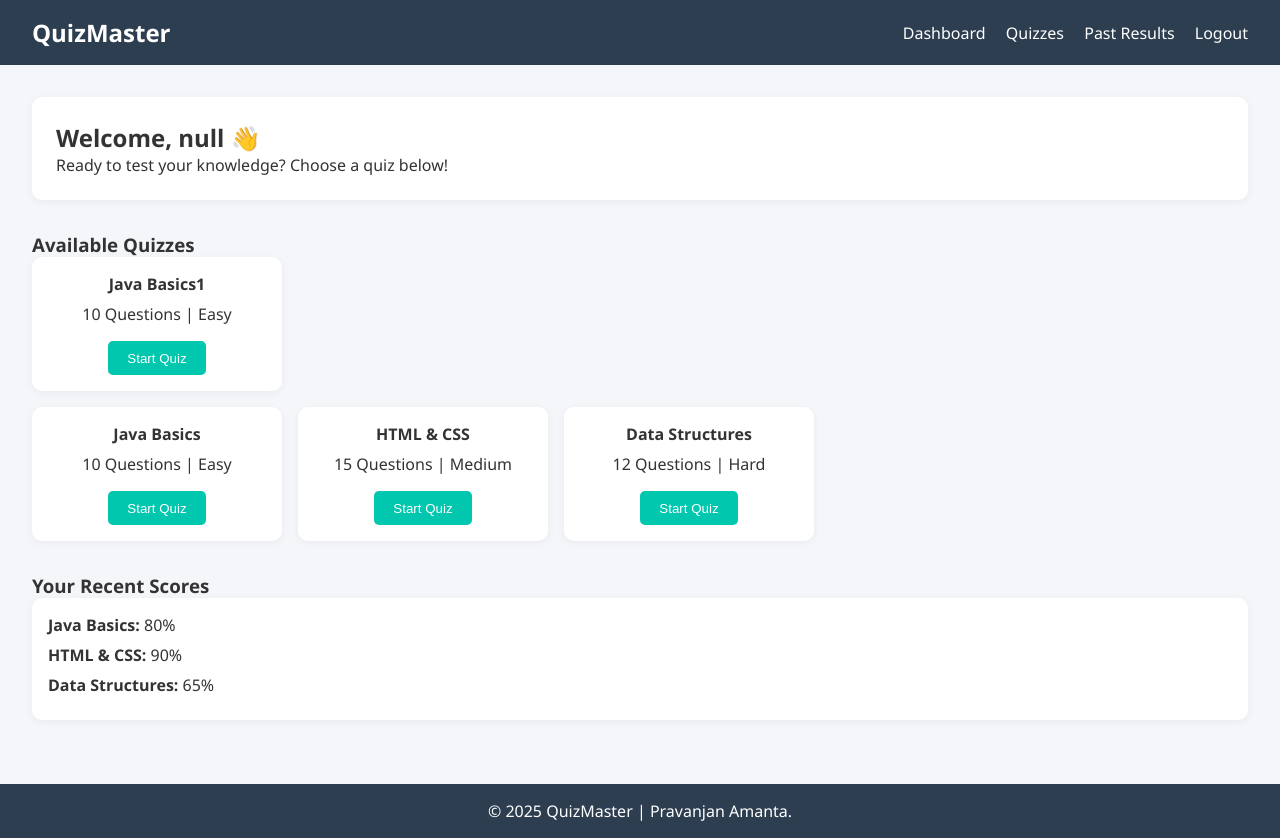
Repository: Prabhanjan-17p/Quizmaster_a_Java_Game
Page: http://localhost/Online_Quiz_Application/welcome.jsp
An editor plug-in stored every save of this project. The page is shown before and after the next save, followed by the edit.
The browser window is 1280 px wide. The pictures show the whole page.
The page is served by Tomcat 9. Other server files are loaded and not shown. The template is opened directly, without the code that normally fills it, so the values that code supplies are empty.

Above is the page before, as saved 2025-05-17 05:31:16.

### Online Quiz Application/src/main/webapp/welcome.jsp

<%@ page language="java" contentType="text/html; charset=UTF-8"
    pageEncoding="UTF-8"%>
<!DOCTYPE html>
<html>
<head>
<meta charset="UTF-8">
<title>Insert title here</title>
<style>
    /* Reset */
    * {
      margin: 0;
      padding: 0;
      box-sizing: border-box;
    }

    /* Body and Layout */
    body {
      font-family: 'Segoe UI', Tahoma, Geneva, Verdana, sans-serif;
      background-color: #f4f6f9;
      color: #333;
    }

    /* Navbar */
    .navbar {
      background-color: #2d3e50;
      color: white;
      padding: 1rem 2rem;
      display: flex;
      justify-content: space-between;
      align-items: center;
    }

    .logo {
      font-size: 1.5rem;
    }

    .nav-links a {
      color: white;
      margin-left: 1rem;
      text-decoration: none;
      transition: color 0.3s;
    }

    .nav-links a:hover {
      color: #00c7ae;
    }

    /* Main Dashboard */
    .dashboard {
      padding: 2rem;
    }

    .welcome-box {
      background-color: white;
      padding: 1.5rem;
      border-radius: 10px;
      margin-bottom: 2rem;
      box-shadow: 0 2px 8px rgba(0, 0, 0, 0.05);
    }

    .quiz-section,
    .progress-section {
      margin-bottom: 2rem;
    }

    .quiz-cards {
      display: flex;
      gap: 1rem;
      margin-top: 1rem;
      flex-wrap: wrap;
    }

    .quiz-card {
      background-color: white;
      padding: 1rem;
      border-radius: 10px;
      width: 250px;
      box-shadow: 0 2px 8px rgba(0, 0, 0, 0.05);
      text-align: center;
    }

    .quiz-card h4 {
      margin-bottom: 0.5rem;
    }

    .quiz-card button {
      margin-top: 1rem;
      background-color: #00c7ae;
      color: white;
      border: none;
      padding: 0.6rem 1.2rem;
      border-radius: 5px;
      cursor: pointer;
      transition: background-color 0.3s;
    }

    .quiz-card button:hover {
      background-color: #019e8e;
    }

    .score-list {
      background-color: white;
      padding: 1rem;
      border-radius: 10px;
      list-style: none;
      box-shadow: 0 2px 8px rgba(0, 0, 0, 0.05);
    }

    .score-list li {
      margin-bottom: 0.5rem;
    }

    /* Footer */
    .footer {
      text-align: center;
      padding: 1rem;
      background-color: #2d3e50;
      color: white;
      position: relative;
      bottom: 0;
      width: 100%;
    }
    .quiz-card input{
    	display: none;
    }

  </style>
</head>
<body>


 <header class="navbar">
    <h1 class="logo">QuizMaster</h1>
    <nav class="nav-links">
      <a href="#">Dashboard</a>
      <a href="#">Quizzes</a>
      <a href="#">Past Results</a>
      <a href="quizmaster.html">Logout</a>
    </nav>
  </header>

  <main class="dashboard">
    <section class="welcome-box">
      <h2>Welcome, <%= (String)request.getAttribute("fName") %> 👋</h2>
      <p>Ready to test your knowledge? Choose a quiz below!</p>
    </section>

    <section class="quiz-section">
      <h3>Available Quizzes</h3>
      <form action="startQuiz" method="GET">
  <div class="quiz-card">
    <h4>Java Basics1</h4>
    <p>10 Questions | Easy</p>
    <input value="java1111" name="examType"/>

    <button type="submit">Start Quiz</button>
  </div>
</form>

      <div class="quiz-cards">
        <div class="quiz-card">
          <h4>Java Basics</h4>
          <p>10 Questions | Easy</p>
          <button>Start Quiz</button>
        </div>
        <div class="quiz-card">
          <h4>HTML & CSS</h4>
          <p>15 Questions | Medium</p>
          <button>Start Quiz</button>
        </div>
        <div class="quiz-card">
          <h4>Data Structures</h4>
          <p>12 Questions | Hard</p>
          <button>Start Quiz</button>
        </div>
      </div>
    </section>

    <section class="progress-section">
      <h3>Your Recent Scores</h3>
      <ul class="score-list">
        <li><strong>Java Basics:</strong> 80%</li>
        <li><strong>HTML & CSS:</strong> 90%</li>
        <li><strong>Data Structures:</strong> 65%</li>
      </ul>
    </section>
  </main>

  <footer class="footer">
    <p>&copy; 2025 QuizMaster | Pravanjan Amanta.</p>
  </footer>

</body>
</html>

After the next save:
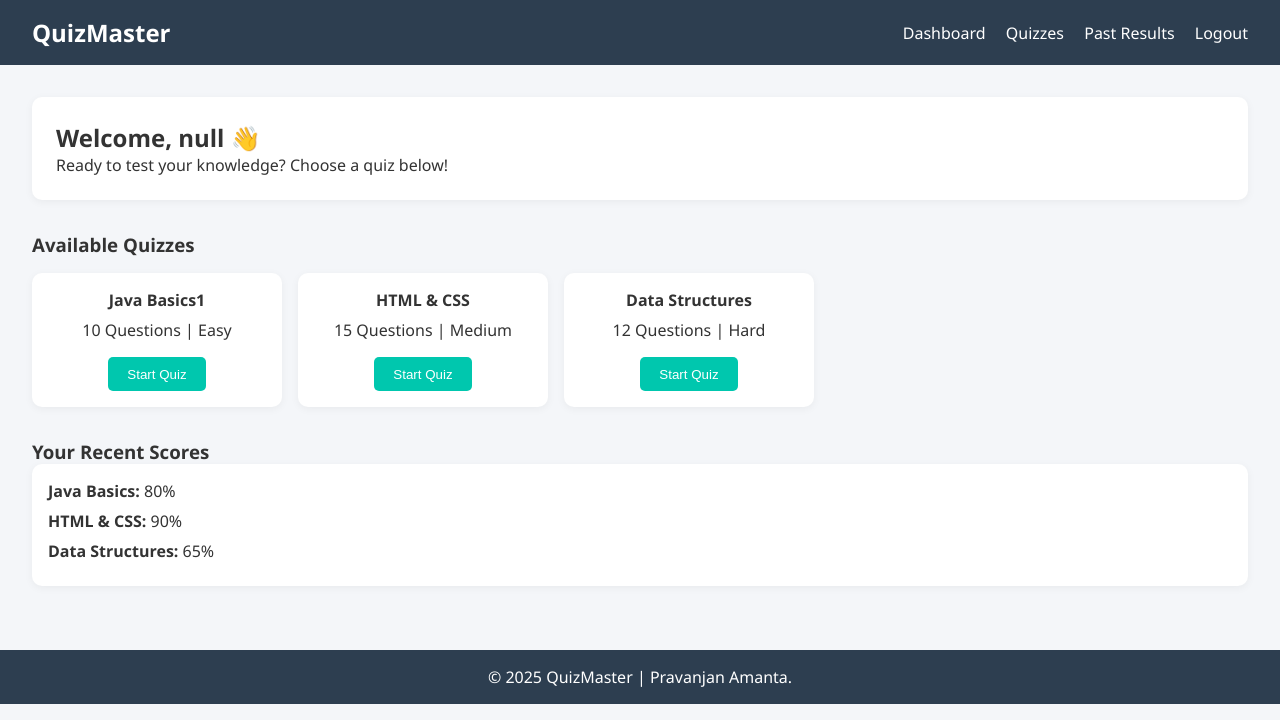
Saved 4 min 28 s later.
--- a/Online Quiz Application/src/main/webapp/welcome.jsp
+++ b/Online Quiz Application/src/main/webapp/welcome.jsp
@@ -148,32 +148,33 @@
 
     <section class="quiz-section">
       <h3>Available Quizzes</h3>
-      <form action="startQuiz" method="GET">
-  <div class="quiz-card">
-    <h4>Java Basics1</h4>
-    <p>10 Questions | Easy</p>
-    <input value="java1111" name="examType"/>
-
-    <button type="submit">Start Quiz</button>
-  </div>
-</form>
-
       <div class="quiz-cards">
-        <div class="quiz-card">
-          <h4>Java Basics</h4>
-          <p>10 Questions | Easy</p>
+        <form action="startQuiz" method="GET">
+          <div class="quiz-card">
+            <h4>Java Basics1</h4>
+            <p>10 Questions | Easy</p>
+            <input value="java" name="examType" />
+            <button type="submit">Start Quiz</button>
+          </div>
+        </form>
+        <form action="startQuiz" method="GET">
+          <div class="quiz-card">
+          <h4>HTML & CSS</h4>
+          <p>15 Questions | Medium</p>
+          <input value="HTML" name="examType" />
           <button>Start Quiz</button>
         </div>
-        <div class="quiz-card">
-          <h4>HTML & CSS</h4>
-          <p>15 Questions | Medium</p>
+        </form>
+
+        <form action="startQuiz" method="GET">
+          <div class="quiz-card">
+          <h4>Data Structures</h4>
+          <p>12 Questions | Hard</p>
+          <input value="DS" name="examType" />
           <button>Start Quiz</button>
         </div>
-        <div class="quiz-card">
-          <h4>Data Structures</h4>
-          <p>12 Questions | Hard</p>
-          <button>Start Quiz</button>
-        </div>
+        </form>
+
       </div>
     </section>
 
